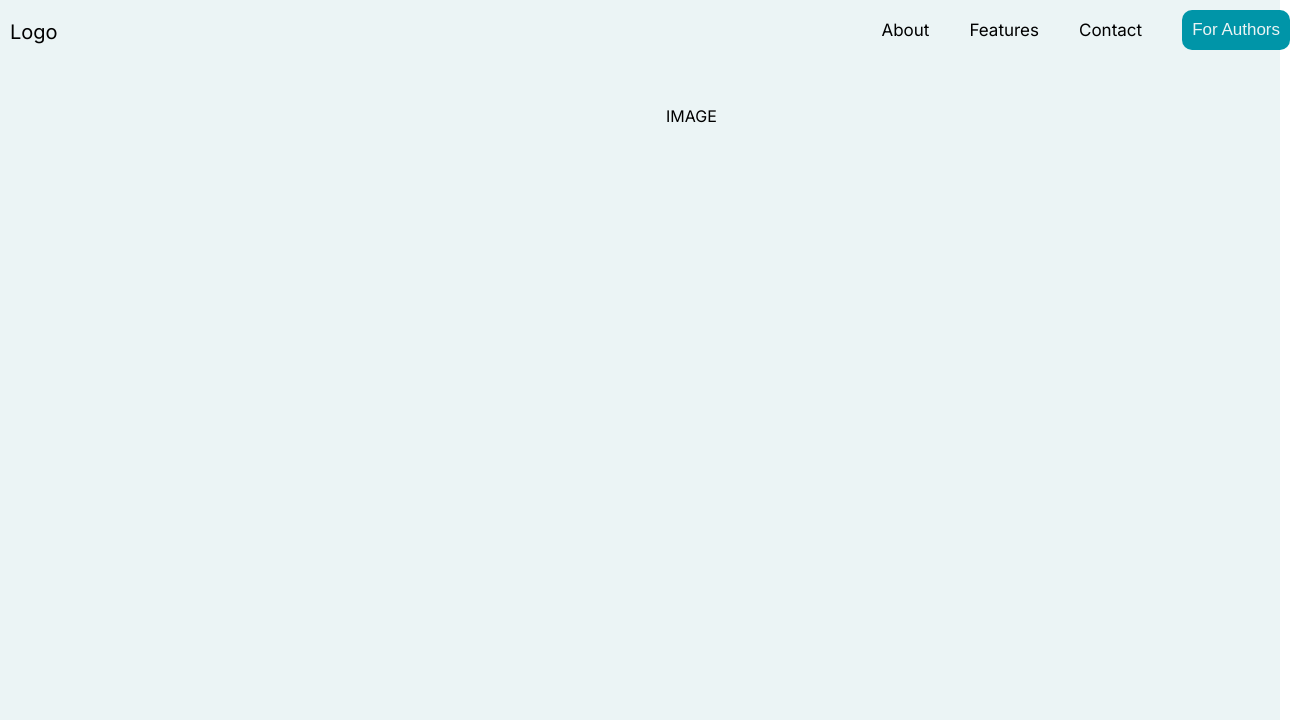
Repository: argorn-inc/spiral-landing-page
Page: /
These files come from the project's save history. The page is drawn as it stood at one moment and after a run of saves; the edit follows.
The browser window is 1280 px wide. The page is 1300 px wide, so the pictures cover 1300 px, including what lies to the right of the window. The pictures show the whole page.
The project was rebuilt for these pictures with package versions that can differ from the ones it lists, and the page was loaded fresh each time. The framework's server and built-in components were replaced by stand-ins that run in the browser. Also part of the build but not shown: next.config.js.

Above is the page before, as saved 2023-10-05 14:24:03.

After the next 3 saves:
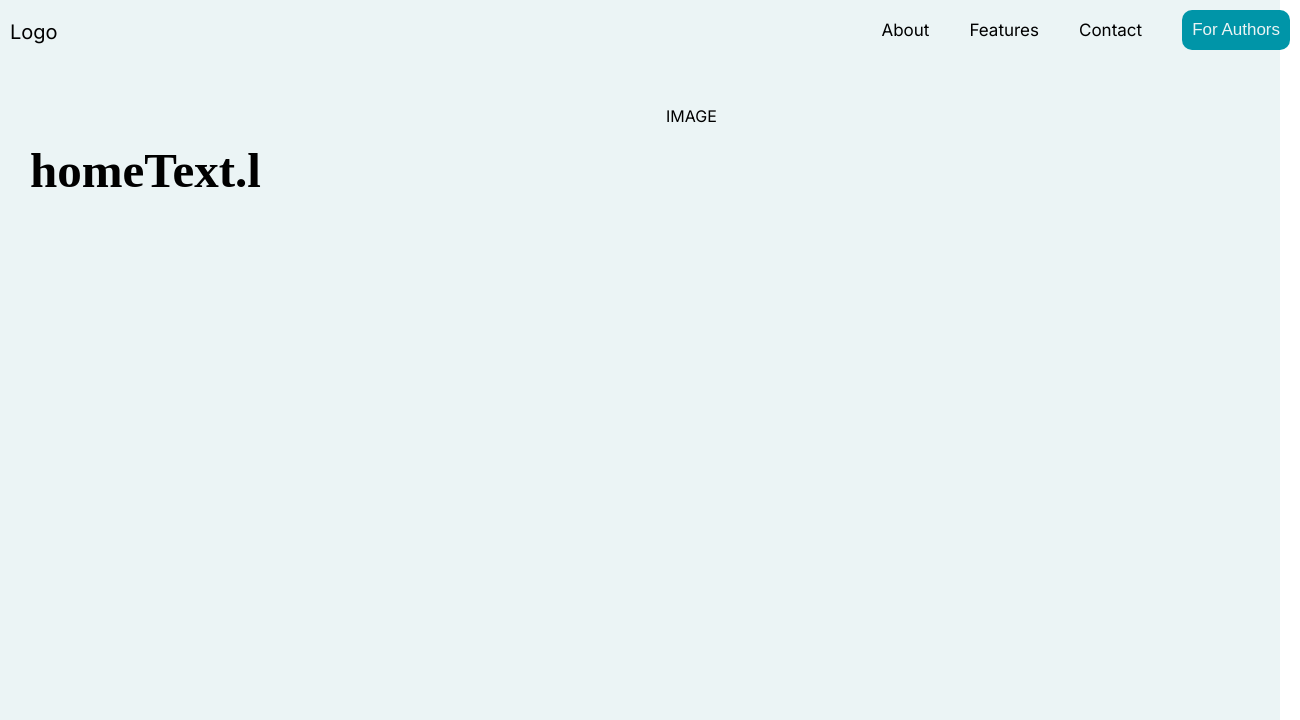
The 3 saves are shown as one change because they came seconds apart.
The last was saved 12 s later.
--- a/components/HeroSection.jsx
+++ b/components/HeroSection.jsx
@@ -7,7 +7,7 @@
         <div className={styles.heroSection}>
             <div className={styles.heroSec__left}>
                 <p className={styles.heroSec__leftLargeTxt}>
-
+                   homeText.l
                 </p>
                 <span>
 
